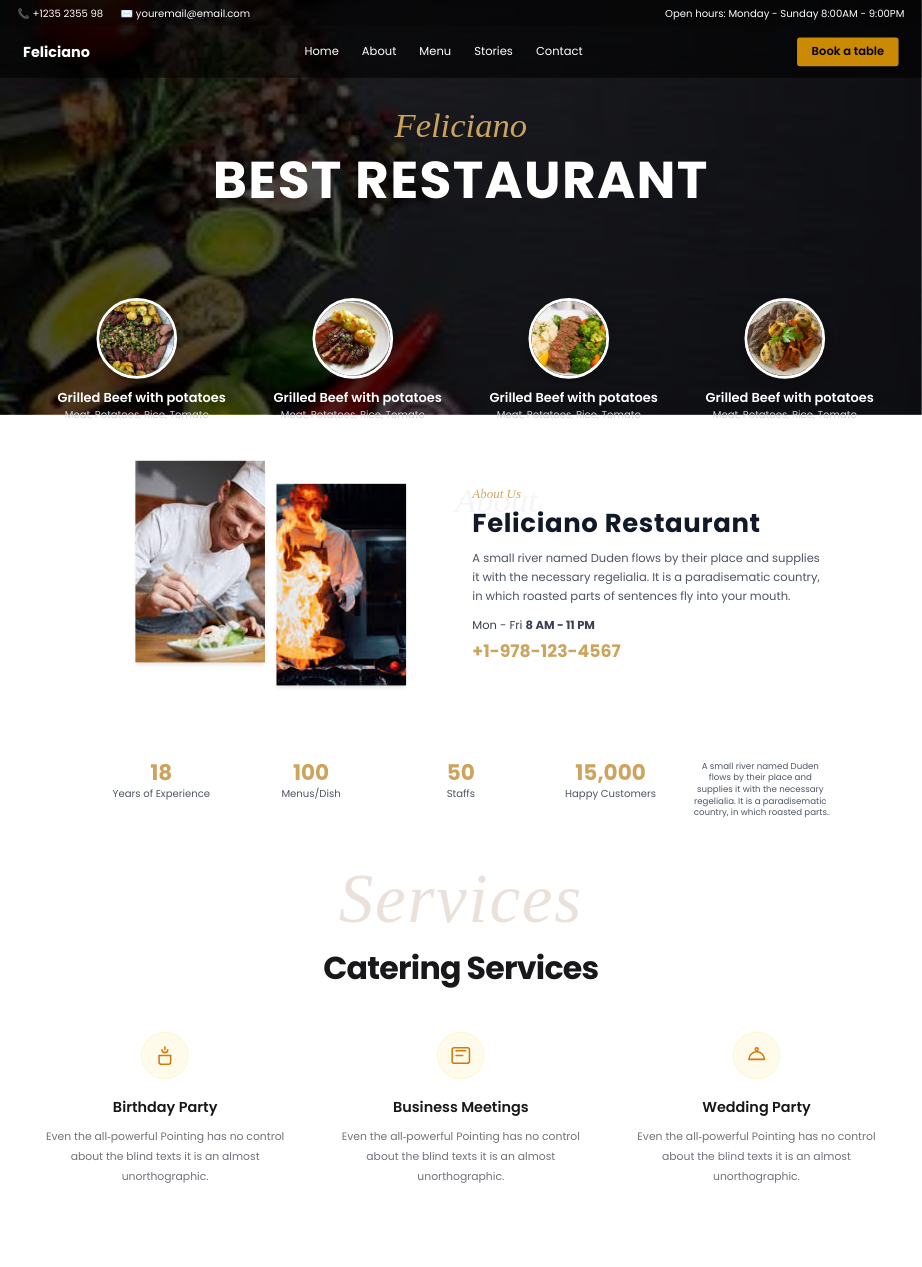
Repository: Purniagithub/Benttacproject
Page: /
An editor plug-in stored every save of this project. The page is shown before and after the next save, followed by the edit.
The browser window is 1280 px wide. The pictures show the whole page, at 72% of full size.
Some web fonts or font styles are not loaded; a fallback is used. The project was rebuilt for these pictures with package versions that can differ from the ones it lists, and the page was loaded fresh each time. Also part of the build but not shown: vite.config.js.

Above is the page before, as saved 2025-08-21 17:46:22.

### index.html
<!doctype html>
<html lang="en">
  <head>
    <meta charset="UTF-8" />
    <link rel="icon" type="image/svg+xml" href="/vite.svg" />
    <link href="https://fonts.googleapis.com/css2?family=Playfair+Display:ital,wght@1,500&family=Poppins:wght@400;600;700&display=swap" rel="stylesheet">

    <meta name="viewport" content="width=device-width, initial-scale=1.0" />
    <title>Vite + React</title>
  </head>
  <body>
    <div id="root"></div>
    <script type="module" src="/src/main.jsx"></script>
  </body>
</html>

### src/App.jsx
import React from "react";
import Navbar from "./components/Navbar";
import Hero from "./components/Hero";

function App() {
  return (
    <div className="font-poppins">
      <Navbar />
      <Hero />
    </div>
  );
}

export default App;

### src/components/Navbar.jsx
import React from "react";

const Navbar = () => {
  return (
    <header className="absolute top-0 left-0 w-full z-50">
      {/* Top bar */}
      <div className="flex justify-between items-center bg-black bg-opacity-70 text-white text-sm px-6 py-2">
        <div className="flex space-x-6">
          <span>📞 +1235 2355 98</span>
          <span>✉️ youremail@email.com</span>
        </div>
        <span>Open hours: Monday - Sunday 8:00AM - 9:00PM</span>
      </div>

      {/* Main Navbar */}
      <nav className="flex justify-between items-center bg-black bg-opacity-60 text-white px-8 py-4">
        <h1 className="text-xl font-bold">Feliciano</h1>
        <ul className="flex space-x-8 font-medium">
          <li><a href="#" className="hover:text-yellow-400">Home</a></li>
          <li><a href="#" className="hover:text-yellow-400">About</a></li>
          <li><a href="#" className="hover:text-yellow-400">Menu</a></li>
          <li><a href="#" className="hover:text-yellow-400">Stories</a></li>
          <li><a href="#" className="hover:text-yellow-400">Contact</a></li>
        </ul>
        <button className="bg-yellow-600 hover:bg-yellow-700 px-5 py-2 rounded text-black font-semibold">
          Book a table
        </button>
      </nav>
    </header>
  );
};

export default Navbar;

### src/components/Hero.jsx
import React from "react";
import AboutSection from "../components/AboutSection";
import CateringServices from "./CateringServices";

const dishes = [
  { id: 1, name: "Grilled Beef with potatoes", desc: "Meat, Potatoes, Rice, Tomato", img: "/dish-1.jpeg" },
  { id: 2, name: "Grilled Beef with potatoes", desc: "Meat, Potatoes, Rice, Tomato", img: "/dish-2.jpeg" },
  { id: 3, name: "Grilled Beef with potatoes", desc: "Meat, Potatoes, Rice, Tomato", img: "/dish-3.jpeg" },
  { id: 4, name: "Grilled Beef with potatoes", desc: "Meat, Potatoes, Rice, Tomato", img: "/dish-4.jpeg" },
];

const Hero = () => {
  return (
    <>
    <section
      className="relative h-[80vh] bg-cover bg-center flex flex-col justify-center items-center text-white px-4"
      style={{ backgroundImage: "url('/img-4.jpeg')" }}
    >
      {/* Dark overlay */}
      <div className="absolute inset-0 bg-black/70"></div>

      {/* Headings */}
      <div className="relative z-10 text-center mt-20 md:mt-32 lg:mt-40">
        <h2 className="text-3xl md:text-4xl lg:text-5xl font-serif italic text-[#CDA45E]">
          Feliciano
        </h2>
        <h1 className="text-4xl md:text-5xl lg:text-7xl font-extrabold tracking-wide mt-3 md:mt-4 uppercase">
          Best Restaurant
        </h1>
      </div>

      {/* Dish Cards */}
      <div className="relative z-10 grid grid-cols-1 sm:grid-cols-2 md:grid-cols-4 gap-10 md:gap-16 lg:gap-20 mt-16 md:mt-24 lg:mt-32">
        {dishes.map((dish) => (
          <div key={dish.id} className="text-center max-w-[220px] mx-auto">
            <img
              src={dish.img}
              alt={dish.name}
              className="w-24 h-24 md:w-28 md:h-28 object-cover rounded-full mx-auto border-4 border-white shadow-lg"
            />
            <h3 className="mt-3 font-semibold text-base md:text-lg whitespace-nowrap">
              {dish.name}
            </h3>
            <p className="text-xs md:text-sm text-gray-300">{dish.desc}</p>
          </div>
        ))}
      </div>
    </section>
     {/* Other sections */}
     <AboutSection />
     <CateringServices />
</>
  );
};

export default Hero;

### src/components/AboutSection.jsx
// src/components/AboutSection.jsx
import React from "react";

export default function AboutSection() {
  return (
    <section className="w-full bg-white py-16">
      <div className="max-w-5xl mx-auto text-center">
        {/* Top Grid (Images + Content) */}
        <div className="grid grid-cols-1 lg:grid-cols-2 gap-8 items-center">
          {/* Left Images */}
          <div className="flex justify-center gap-4">
            <img
              src="/chef-1.jpeg"
              alt="Chef serving"
              className="shadow-md object-cover h-[280px] w-[180px]"
            />
            <img
              src="/chef-5.jpeg"
              alt="Cooking food"
              className="shadow-md object-cover h-[280px] w-[180px] mt-8"
            />
          </div>

          {/* Right Content */}
          <div className="text-left lg:text-left">
            <h3 className="text-lg font-serif italic text-[#CDA45E] relative mb-2">
              <span className="absolute -left-6 top-0 text-5xl text-gray-200 opacity-40">
                About
              </span>
              About Us
            </h3>
            <h2 className="text-4xl font-bold text-gray-900 mb-4 tracking-wide">
              Feliciano Restaurant
            </h2>
            <p className="text-gray-600 mb-4 leading-relaxed">
              A small river named Duden flows by their place and supplies it
              with the necessary regelialia. It is a paradisematic country, in
              which roasted parts of sentences fly into your mouth.
            </p>

            <p className="text-gray-700 mb-2">
              Mon - Fri <span className="font-bold">8 AM - 11 PM</span>
            </p>
            <p className="text-2xl font-bold text-[#CDA45E]">
              +1-978-123-4567
            </p>
          </div>
        </div>

        {/* Stats Section */}
        <div className="grid grid-cols-2 sm:grid-cols-5 gap-4 mt-16 pt-10">
          <div className="text-center">
            <h4 className="text-3xl font-bold text-[#CDA45E]">18</h4>
            <p className="text-sm text-gray-600">Years of Experience</p>
          </div>
          <div className="text-center">
            <h4 className="text-3xl font-bold text-[#CDA45E]">100</h4>
            <p className="text-sm text-gray-600">Menus/Dish</p>
          </div>
          <div className="text-center">
            <h4 className="text-3xl font-bold text-[#CDA45E]">50</h4>
            <p className="text-sm text-gray-600">Staffs</p>
          </div>
          <div className="text-center">
            <h4 className="text-3xl font-bold text-[#CDA45E]">15,000</h4>
            <p className="text-sm text-gray-600">Happy Customers</p>
          </div>
          <div className="text-center text-xs line-clamp-5">
            <p className="text-xs text-gray-600">A small river named Duden flows by their place and supplies it
              with the necessary regelialia. It is a paradisematic country, in
              which roasted parts of sentences fly into your mouth.</p>
          </div>
        </div>
      </div>
    </section>
  );
}

### src/components/CateringServices.jsx
import React from "react";

function IconCake(props) {
  return (
    <svg viewBox="0 0 24 24" aria-hidden="true" {...props}>
      <g fill="none" stroke="currentColor" strokeWidth="1.6" strokeLinecap="round" strokeLinejoin="round">
        <path d="M12 3v3" />
        <path d="M9 6a3 3 0 1 0 6 0" />
        <path d="M6 12h12" />
        <path d="M6 12v7a2 2 0 0 0 2 2h8a2 2 0 0 0 2-2v-7" />
      </g>
    </svg>
  );
}

function IconMeeting(props) {
  return (
    <svg viewBox="0 0 24 24" aria-hidden="true" {...props}>
      <g fill="none" stroke="currentColor" strokeWidth="1.6" strokeLinecap="round" strokeLinejoin="round">
        <path d="M7 7h10M7 12h7" />
        <path d="M3 18a2 2 0 0 0 2 2h14a2 2 0 0 0 2-2V6a2 2 0 0 0-2-2H5a2 2 0 0 0-2 2z" />
      </g>
    </svg>
  );
}

function IconCloche(props) {
  return (
    <svg viewBox="0 0 24 24" aria-hidden="true" {...props}>
      <g fill="none" stroke="currentColor" strokeWidth="1.6" strokeLinecap="round" strokeLinejoin="round">
        <path d="M12 7a1.5 1.5 0 1 0 0-3 1.5 1.5 0 0 0 0 3z" />
        <path d="M4 16a8 8 0 1 1 16 0" />
        <path d="M4 16h16" />
      </g>
    </svg>
  );
}

const cards = [
  {
    title: "Birthday Party",
    text:
      "Even the all‑powerful Pointing has no control about the blind texts it is an almost unorthographic.",
    Icon: IconCake,
  },
  {
    title: "Business Meetings",
    text:
      "Even the all‑powerful Pointing has no control about the blind texts it is an almost unorthographic.",
    Icon: IconMeeting,
  },
  {
    title: "Wedding Party",
    text:
      "Even the all‑powerful Pointing has no control about the blind texts it is an almost unorthographic.",
    Icon: IconCloche,
  },
];

export default function CateringServices({
  id = "services",
  heading = "Catering Services",
  accent = "Services",
}) {
  return (
    <section id={id} className="relative isolate bg-white py-24 sm:py-28">
      {/* Accent word behind heading */}
      <div aria-hidden className="pointer-events-none absolute inset-x-0 -top-1 sm:top-0 text-center">
        <span className="select-none font-serif italic tracking-wide text-amber-900/15 text-7xl sm:text-8xl md:text-[96px] leading-none">
          {accent}
        </span>
      </div>

      <div className="mx-auto max-w-[1200px] px-4 py-0">
        {/* Main heading */}
        <h2 className="text-center text-[34px] sm:text-[38px] md:text-[44px] font-extrabold tracking-tight text-zinc-900">
          {heading}
        </h2>

        {/* Cards */}
        <div className="mt-14 grid grid-cols-1 md:grid-cols-3 gap-12 md:gap-16">
          {cards.map(({ title, text, Icon }) => (
            <article key={title} className="text-center">
              <div className="mx-auto mb-6 flex h-16 w-16 items-center justify-center rounded-full bg-amber-50 ring-1 ring-amber-100 text-amber-600">
                <Icon className="h-8 w-8" />
              </div>
              <h3 className="text-[20px] font-semibold text-zinc-900">{title}</h3>
              <p className="mt-3 mx-auto max-w-[340px] text-[15px] leading-7 text-zinc-500">
                {text}
              </p>
            </article>
          ))}
        </div>
      </div>
    </section>
  );
}

### tailwind.config.js
/** @type {import('tailwindcss').Config} */
export default {
  content: ["./index.html",
    "./src/**/*.{js,ts,jsx,tsx}",],
  theme: {
    extend: {fontFamily: {
      sans: ['Poppins', 'sans-serif'],
      serif: ['Playfair Display', 'serif'],
    },
    colors: {
      gold: "#CDA45E",
    },},
  },
  plugins: [],
}

Loaded but not shown: src/main.jsx (common file); src/index.css (common file)

After the next save:
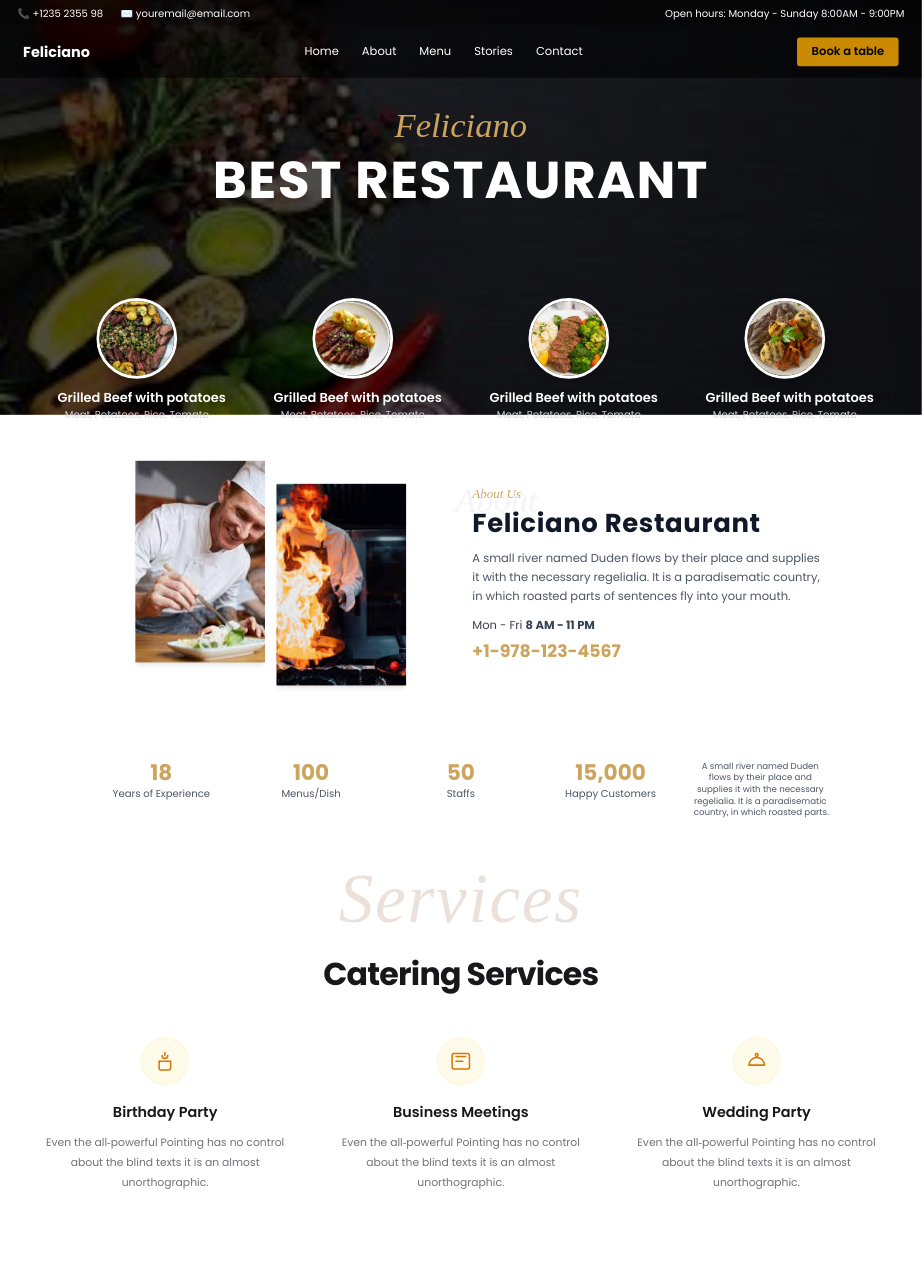
Saved 11 s later.
--- a/src/components/CateringServices.jsx
+++ b/src/components/CateringServices.jsx
@@ -71,7 +71,7 @@
         </span>
       </div>
 
-      <div className="mx-auto max-w-[1200px] px-4 py-0">
+      <div className="mx-auto max-w-[1200px] px-4 mt-2">
         {/* Main heading */}
         <h2 className="text-center text-[34px] sm:text-[38px] md:text-[44px] font-extrabold tracking-tight text-zinc-900">
           {heading}

After the save that followed:
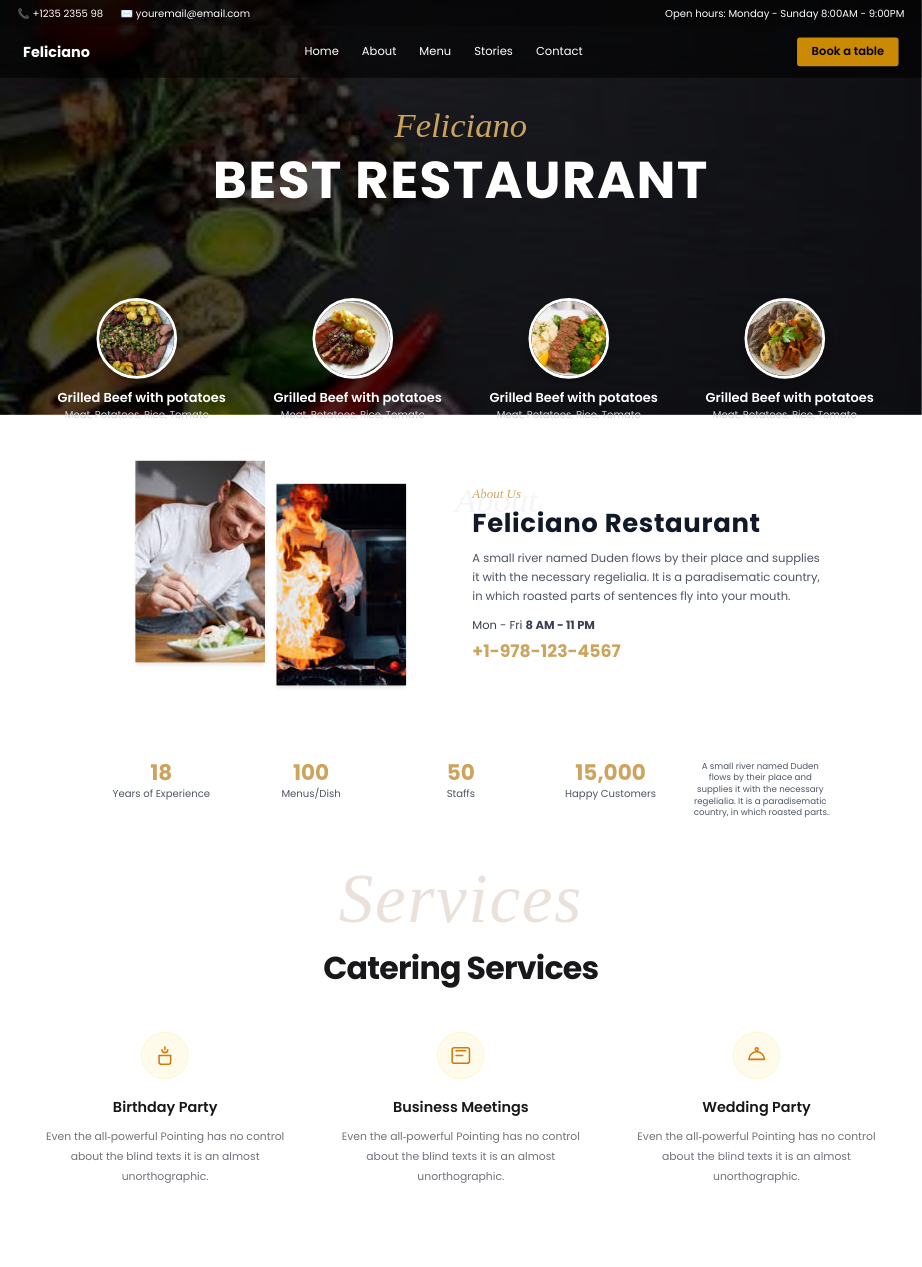
Saved 4 s later.
--- a/src/components/CateringServices.jsx
+++ b/src/components/CateringServices.jsx
@@ -71,7 +71,7 @@
         </span>
       </div>
 
-      <div className="mx-auto max-w-[1200px] px-4 mt-2">
+      <div className="mx-auto max-w-[1200px] px-4 mt-0">
         {/* Main heading */}
         <h2 className="text-center text-[34px] sm:text-[38px] md:text-[44px] font-extrabold tracking-tight text-zinc-900">
           {heading}
